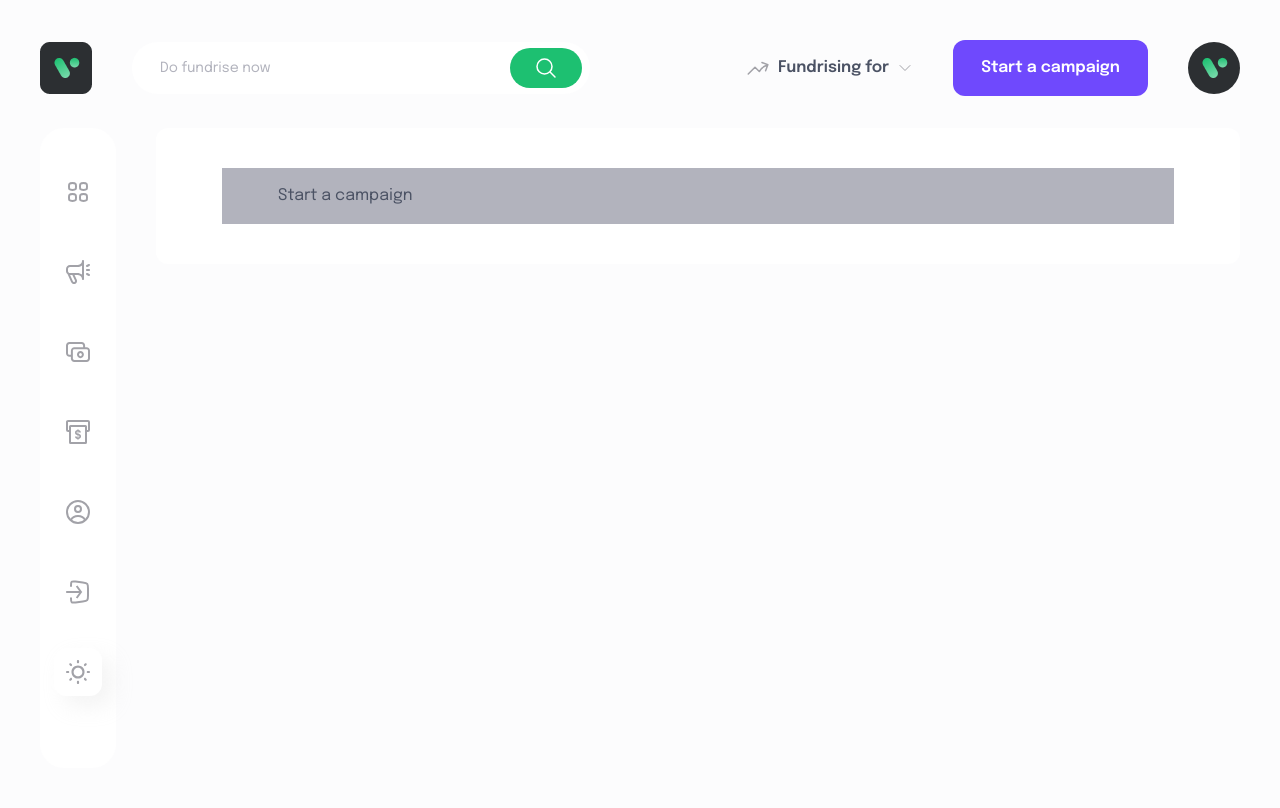
Repository: Kaymileee/crownFunding-Project
Page: /start-campaign
The author's editor kept a copy of each file at every save. The page is drawn from the files as they stood at one save, then again after the next save.
The browser window is 1280 px wide. The pictures show the whole page.
The project was rebuilt for these pictures with package versions that can differ from the ones it lists, and the page was loaded fresh each time. Also part of the build but not shown: src/components/icons/IconEyeToggle.js, src/components/icons/IconFolder.js. Imported but missing from the stored project, and not drawn on this page: src/components/common/FormGroup, src/components/input/Input.

Above is the page before, as saved 2023-02-05 20:26:06.

### public/index.html
<!DOCTYPE html>
<html lang="en">
  <head>
    <meta charset="utf-8" />
    <link rel="icon" href="%PUBLIC_URL%/favicon.ico" />
    <meta name="viewport" content="width=device-width, initial-scale=1" />
    <meta name="theme-color" content="#000000" />
    <meta
      name="description"
      content="Web site created using create-react-app"
    />
    <link rel="apple-touch-icon" href="%PUBLIC_URL%/logo192.png" />
    <!--
      manifest.json provides metadata used when your web app is installed on a
      user's mobile device or desktop. See https://developers.google.com/web/fundamentals/web-app-manifest/
    -->
    <link rel="manifest" href="%PUBLIC_URL%/manifest.json" />
    <!--
      Notice the use of %PUBLIC_URL% in the tags above.
      It will be replaced with the URL of the `public` folder during the build.
      Only files inside the `public` folder can be referenced from the HTML.

      Unlike "/favicon.ico" or "favicon.ico", "%PUBLIC_URL%/favicon.ico" will
      work correctly both with client-side routing and a non-root public URL.
      Learn how to configure a non-root public URL by running `npm run build`.
    -->
    <link rel="preconnect" href="https://fonts.googleapis.com" />
    <link rel="preconnect" href="https://fonts.gstatic.com" crossorigin />
    <link
      href="https://fonts.googleapis.com/css2?family=Epilogue:wght@400;500;600;700&display=swap"
      rel="stylesheet"
    />
    <title>Crowfunding App</title>
  </head>
  <body>
    <noscript>You need to enable JavaScript to run this app.</noscript>
    <div id="root"></div>
    <!--
      This HTML file is a template.
      If you open it directly in the browser, you will see an empty page.

      You can add webfonts, meta tags, or analytics to this file.
      The build step will place the bundled scripts into the <body> tag.

      To begin the development, run `npm start` or `yarn start`.
      To create a production bundle, use `npm run build` or `yarn build`.
    -->
  </body>
</html>

### src/index.js
import React from "react";
import { createRoot } from "react-dom/client";
import App from "./App";
import reportWebVitals from "./reportWebVitals";
import "./index.scss";
import { Provider } from "react-redux";
import { store } from "./store/configureStore";
import { BrowserRouter } from "react-router-dom";
const container = document.getElementById("root");
const root = createRoot(container);

root.render(
  <Provider store={store}>
    <BrowserRouter>
      <App />
    </BrowserRouter>
  </Provider>
);

// If you want to start measuring performance in your app, pass a function
// to log results (for example: reportWebVitals(console.log))
// or send to an analytics endpoint. Learn more: https://bit.ly/CRA-vitals
reportWebVitals();

### src/App.js
import React, { lazy } from "react";
import { Suspense } from "react";
import { Route, Routes } from "react-router-dom";
const SignUpPage = lazy(() => import("./pages/SignUpPage.js"));
const SignInPage = lazy(() => import("./pages/SignInPage"));
const DashboardPage = lazy(() => import("./pages/DashboardPage"));
const CampaignPage = lazy(() => import("./pages/CampaignPage"));
const StartCampaignPage = lazy(() => import("./pages/StartCampaignPage"));

function App() {
  return (
    <Suspense>
      <Routes>
        <Route path="/" element={<DashboardPage></DashboardPage>}></Route>
        <Route path="/sign-up" element={<SignUpPage></SignUpPage>}></Route>
        <Route path="/sign-in" element={<SignInPage></SignInPage>}></Route>

        <Route path="/campaign" element={<CampaignPage></CampaignPage>}></Route>
        <Route
          path="/start-campaign"
          element={<StartCampaignPage></StartCampaignPage>}
        ></Route>
      </Routes>
    </Suspense>
  );
}

export default App;

### src/index.scss
@tailwind base;
@tailwind components;
@tailwind utilities;
@layer base {
  body {
    @apply text-base font-primary font-normal mx-auto;
    text-rendering: optimizeLegibility;
    -webkit-font-smoothing: antialiased;
    -moz-osx-font-smoothing: grayscale;
    max-width: 1440px;
  }
  input {
    @apply outline-none;
  }
}
input:focus + .error-input {
  display: none;
}

### src/store/configureStore.js
import { configureStore } from "@reduxjs/toolkit";
import createSagaMiddleware from "@redux-saga/core";
import logger from "redux-logger";
const sagaMiddleware = createSagaMiddleware();

export const store = configureStore({
  reducer: {},
  middleware: (gDM) => gDM().concat(logger, sagaMiddleware),
});
// sagaMiddleware.run(rootSaga);

### src/pages/StartCampaignPage.js
import React from "react";
import LayoutDashboard from "../layouts/LayoutDashboard";
import CampAddNew from "../module/campaign/CampAddNew";

const StartCampaignPage = () => {
  return (
    <LayoutDashboard>
      <CampAddNew></CampAddNew>
    </LayoutDashboard>
  );
};

export default StartCampaignPage;

### src/layouts/LayoutDashboard.js
import React from "react";
import Overplay from "../components/common/Overplay";
import DashboardSideBar from "../module/dashboard/DashboardSideBar";
import DashboardTopBar from "../module/dashboard/DashboardTopBar";

const LayoutDashboard = ({ children }) => {
  return (
    <div className="p-10 bg-[#FCFCFD]  min-h-screen relative">
      {/* <div className="absolute inset-0 z-40 bg-black overplay bg-opacity-30"></div> */}
      <Overplay></Overplay>
      <DashboardTopBar></DashboardTopBar>
      <div className="flex items-start gap-x-10">
        <DashboardSideBar></DashboardSideBar>
        <div className="flex-1">{children}</div>
      </div>
    </div>
  );
};

export default LayoutDashboard;

### src/components/button/Button.js
import React from "react";
import PropTypes from "prop-types";
import { Link } from "react-router-dom";
const Button = ({
  type = "button",
  children,
  className = "",
  isLoading = false,
  kind = "",
  ...rest
}) => {
  const child = !!isLoading ? (
    <div className="w-8 h-8 border-4 rounded-full border-t-transparent animate-spin border-b-transparent"></div>
  ) : (
    children
  );
  let defaultClassName =
    "py-4 text-base font-semibold rounded-xl  flex justify-center items-center  min-h-[56px]";
  switch (kind) {
    case "primary":
      defaultClassName = defaultClassName + " bg-primary text-white";
      break;
    case "secondary":
      defaultClassName = defaultClassName + " bg-secondary text-white";
      break;
    case "ghost":
      defaultClassName =
        defaultClassName + " bg-secondary bg-opacity-10 text-secondary";
      break;
    default:
      break;
  }
  if (rest.href) {
    return (
      <Link to={rest.href} className={`${defaultClassName} ${className}`}>
        {children}
      </Link>
    );
  }

  return (
    <button
      className={` ${defaultClassName}${
        !!isLoading ? "opacity-50 pointer-events-none" : ""
      } ${className}`}
      type={type}
      {...rest}
    >
      {child}
    </button>
  );
};
Button.propTypes = {
  type: PropTypes.string,
  children: PropTypes.node,
  className: PropTypes.string,
  isLoading: PropTypes.bool,
  href: PropTypes.string,
  kind: PropTypes.oneOf(["primary", "secondary", "ghost"]),
};
export default Button;

### src/module/campaign/CampAddNew.js
import React from "react";

const CampAddNew = () => {
  return (
    <div className="bg-white rounded-xl py-10 px-[66px]">
      <h1 className="py-4 px-14 bg-text4 text-text2">Start a campaign</h1>
    </div>
  );
};

export default CampAddNew;

### src/components/common/Overplay.js
import React from "react";

const Overplay = () => {
  return (
    <div className="fixed inset-0 z-40 invisible bg-black opacity-0 overplay bg-opacity-10"></div>
  );
};

export default Overplay;

### src/module/dashboard/DashboardSideBar.js
import React, { useEffect } from "react";
import { NavLink } from "react-router-dom";
import {
  IconCampaign,
  IconDashboard,
  IconLight,
  IconLogout,
  IconPayment,
  IconProfile,
  IconWithdraw,
} from "../../components/icons";

const sideBarLinks = [
  { icon: <IconDashboard></IconDashboard>, title: "Dashboard", url: "/" },
  { icon: <IconCampaign></IconCampaign>, title: "Campaign", url: "/campaign" },
  { icon: <IconPayment></IconPayment>, title: "Payment", url: "/payment" },
  { icon: <IconWithdraw></IconWithdraw>, title: "Withdraw", url: "/withdraw" },
  { icon: <IconProfile></IconProfile>, title: "Profile", url: "/profile" },
  {
    icon: <IconLogout></IconLogout>,
    title: "Logout",
    url: "/logout",
    onclick: () => {},
  },
  {
    icon: <IconLight></IconLight>,
    title: "Light/Dark",
    url: "/#",
    onclick: () => {},
  },
];
const DashboardSideBar = () => {
  const links = document.querySelectorAll("a");
  links.forEach((item) =>
    item.addEventListener("click", () => {
      links.forEach((item) => {
        item.classList.remove("active");
      });
      item.classList.add("active");
    })
  );
  const navLinksClass =
    " flex items-center gap-x-5 md:w-12 md:h-12 md:justify-center md:rounded-xl md:mb-8 mb-4   active:text-primary last:mt-auto last:bg-white last:shadow-sdPrimary ";
  return (
    <div className="w-full md:w-[76px] bg-white rounded-3xl shadow-[10px_10px_20px_rgba(218_213_213_0.15)] px-[14px] py-10 flex flex-col flex-shrink-0">
      {sideBarLinks.map((link) => (
        <NavLink
          to={link.url}
          key={link.title}
          className={({ isActive }) =>
            isActive
              ? `${navLinksClass} text-primary bg-primary bg-opacity-20`
              : `${navLinksClass} text-iconColor`
          }
        >
          <span className="">{link.icon}</span>
          <span className="md:hidden">{link.title}</span>
        </NavLink>
      ))}
    </div>
  );
};

export default DashboardSideBar;

### src/module/dashboard/DashboardTopBar.js
import React from "react";
import { Link } from "react-router-dom";
import Button from "../../components/button/Button";
import DashboardFun from "./DashboardFun";
import DashboardSearch from "./DashboardSearch";

const DashboardTopBar = () => {
  return (
    <div className="flex items-center justify-between mb-8">
      <div className="flex items-center flex-1 gap-x-10">
        <Link to={"/"}>
          <img src="./logo.png" alt="" />
        </Link>
        <div className=" max-w-[458px] w-full">
          <DashboardSearch></DashboardSearch>
        </div>
      </div>
      <div className="flex items-center justify-end flex-1 gap-x-10">
        <DashboardFun></DashboardFun>
        <Button
          className={" px-7 text-white"}
          kind="secondary"
          type="button"
          href="/start-campaign"
        >
          Start a campaign
        </Button>
        <img src="./logo.png" alt="" className="rounded-full" />
      </div>
    </div>
  );
};

export default DashboardTopBar;

### src/components/icons/index.js
export const { default: IconEyeToggle } = require("./IconEyeToggle");
export const { default: IconDashboard } = require("./IconDashboard");
export const { default: IconCampaign } = require("./IconCampaign");
export const { default: IconPayment } = require("./IconPayment");
export const { default: IconWithdraw } = require("./IconWithdraw");
export const { default: IconProfile } = require("./IconProfile");
export const { default: IconLogout } = require("./IconLogout");
export const { default: IconLight } = require("./IconLight");
export const { default: IconFolder } = require("./IconFolder");

### src/module/dashboard/DashboardFun.js
import React from "react";

const DashboardFun = () => {
  return (
    <div className="flex items-center gap-x-2 text-iconColor ">
      <svg
        xmlns="http://www.w3.org/2000/svg"
        fill="none"
        viewBox="0 0 24 24"
        strokeWidth="1.5"
        stroke="currentColor"
        className="w-6 h-6 cursor-pointer"
      >
        <path
          strokeLinecap="round"
          strokeLinejoin="round"
          d="M2.25 18L9 11.25l4.306 4.307a11.95 11.95 0 015.814-5.519l2.74-1.22m0 0l-5.94-2.28m5.94 2.28l-2.28 5.941"
        />
      </svg>
      <span className="text-base font-semibold cursor-pointer text-text2">
        Fundrising for
      </span>
      <span className="w-4">
        <svg
          xmlns="http://www.w3.org/2000/svg"
          fill="none"
          viewBox="0 0 24 24"
          strokeWidth="1.5"
          stroke="currentColor"
          className="w-6 w-full h-6"
        >
          <path
            strokeLinecap="round"
            strokeLinejoin="round"
            d="M19.5 8.25l-7.5 7.5-7.5-7.5"
          />
        </svg>
      </span>
    </div>
  );
};

export default DashboardFun;

### src/components/icons/IconDashboard.js
import React from "react";

const IconDashboard = () => {
  return (
    <svg
      width={24}
      height={24}
      viewBox="0 0 24 24"
      fill="none"
      xmlns="http://www.w3.org/2000/svg"
    >
      <path
        fillRule="evenodd"
        clipRule="evenodd"
        d="M3 6.5C3 3.87479 3.02811 3 6.5 3C9.97189 3 10 3.87479 10 6.5C10 9.12521 10.0111 10 6.5 10C2.98893 10 3 9.12521 3 6.5Z"
        stroke="currentColor"
        strokeWidth={2}
        strokeLinecap="round"
        strokeLinejoin="round"
      />
      <path
        fillRule="evenodd"
        clipRule="evenodd"
        d="M14 6.5C14 3.87479 14.0281 3 17.5 3C20.9719 3 21 3.87479 21 6.5C21 9.12521 21.0111 10 17.5 10C13.9889 10 14 9.12521 14 6.5Z"
        stroke="currentColor"
        strokeWidth={2}
        strokeLinecap="round"
        strokeLinejoin="round"
      />
      <path
        fillRule="evenodd"
        clipRule="evenodd"
        d="M3 17.5C3 14.8748 3.02811 14 6.5 14C9.97189 14 10 14.8748 10 17.5C10 20.1252 10.0111 21 6.5 21C2.98893 21 3 20.1252 3 17.5Z"
        stroke="currentColor"
        strokeWidth={2}
        strokeLinecap="round"
        strokeLinejoin="round"
      />
      <path
        fillRule="evenodd"
        clipRule="evenodd"
        d="M14 17.5C14 14.8748 14.0281 14 17.5 14C20.9719 14 21 14.8748 21 17.5C21 20.1252 21.0111 21 17.5 21C13.9889 21 14 20.1252 14 17.5Z"
        stroke="currentColor"
        strokeWidth={2}
        strokeLinecap="round"
        strokeLinejoin="round"
      />
    </svg>
  );
};

export default IconDashboard;

### src/components/icons/IconPayment.js
import React from "react";

const IconPayment = () => {
  return (
    <svg
      width={24}
      height={24}
      viewBox="0 0 24 24"
      fill="none"
      xmlns="http://www.w3.org/2000/svg"
    >
      <path
        d="M18.1111 8.14286V5.57143C18.1111 4.88944 17.8536 4.23539 17.3951 3.75315C16.9367 3.27092 16.315 3 15.6667 3H3.44444C2.79614 3 2.17438 3.27092 1.71596 3.75315C1.25754 4.23539 1 4.88944 1 5.57143V13.2857C1 13.9677 1.25754 14.6218 1.71596 15.104C2.17438 15.5862 2.79614 15.8571 3.44444 15.8571H5.88889M8.33333 21H20.5556C21.2039 21 21.8256 20.7291 22.284 20.2468C22.7425 19.7646 23 19.1106 23 18.4286V10.7143C23 10.0323 22.7425 9.37825 22.284 8.89601C21.8256 8.41377 21.2039 8.14286 20.5556 8.14286H8.33333C7.68503 8.14286 7.06327 8.41377 6.60485 8.89601C6.14643 9.37825 5.88889 10.0323 5.88889 10.7143V18.4286C5.88889 19.1106 6.14643 19.7646 6.60485 20.2468C7.06327 20.7291 7.68503 21 8.33333 21ZM16.8889 14.5714C16.8889 15.2534 16.6313 15.9075 16.1729 16.3897C15.7145 16.8719 15.0928 17.1429 14.4444 17.1429C13.7961 17.1429 13.1744 16.8719 12.716 16.3897C12.2575 15.9075 12 15.2534 12 14.5714C12 13.8894 12.2575 13.2354 12.716 12.7532C13.1744 12.2709 13.7961 12 14.4444 12C15.0928 12 15.7145 12.2709 16.1729 12.7532C16.6313 13.2354 16.8889 13.8894 16.8889 14.5714Z"
        stroke="#A2A2A8"
        strokeWidth={2}
        strokeLinecap="round"
        strokeLinejoin="round"
      />
    </svg>
  );
};

export default IconPayment;

### src/components/icons/IconWithdraw.js
import React from "react";

const IconWithdraw = () => {
  return (
    <svg
      width={24}
      height={24}
      viewBox="0 0 24 24"
      fill="none"
      xmlns="http://www.w3.org/2000/svg"
    >
      <g clipPath="url(#clip0_2215_6128)">
        <path
          d="M4.46098 11H2.1C1.49249 11 1 10.5026 1 9.88889V2.11111C1 1.49746 1.49249 1 2.1 1H21.9C22.5075 1 23 1.49746 23 2.11111V9.88889C23 10.5026 22.5075 11 21.9 11H19.8207"
          stroke="#A2A2A8"
          strokeWidth={2}
        />
        <path
          d="M19.4286 6H4.57143C4.25583 6 4 6.24551 4 6.54839V22.4516C4 22.7545 4.25583 23 4.57143 23H19.4286C19.7442 23 20 22.7545 20 22.4516V6.54839C20 6.24551 19.7442 6 19.4286 6Z"
          stroke="#A2A2A8"
          strokeWidth={2}
        />
        <path
          d="M15 16.3794C15 16.8153 14.8949 17.2259 14.6848 17.6114C14.4825 17.9886 14.179 18.3029 13.7744 18.5543C13.3775 18.7973 12.9066 18.9398 12.3619 18.9817V20H11.6148V18.9691C10.8366 18.8937 10.2101 18.6423 9.73537 18.2149C9.2607 17.779 9.0156 17.1924 9 16.4549H10.751C10.7977 17.0583 11.0856 17.4229 11.6148 17.5486V15.1474C11.0545 14.9966 10.6031 14.8457 10.2607 14.6949C9.9183 14.544 9.62258 14.301 9.37358 13.9657C9.1245 13.6304 9 13.1737 9 12.5954C9 11.8663 9.24128 11.2713 9.72375 10.8103C10.214 10.3493 10.8443 10.0853 11.6148 10.0183V9H12.3619V10.0183C13.109 10.0853 13.7043 10.3284 14.1479 10.7474C14.5992 11.1665 14.8522 11.7447 14.9066 12.4823H13.144C13.1206 12.2393 13.0389 12.0297 12.8988 11.8537C12.7665 11.6693 12.5876 11.5394 12.3619 11.464V13.84C12.9455 13.9993 13.4047 14.1543 13.7393 14.3051C14.0817 14.4476 14.3774 14.6864 14.6264 15.0217C14.8755 15.3486 15 15.8011 15 16.3794ZM10.7043 12.5074C10.7043 12.784 10.7821 13.0103 10.9378 13.1863C11.0934 13.3539 11.3191 13.4922 11.6148 13.6011V11.4263C11.3346 11.4682 11.1128 11.5813 10.9494 11.7657C10.786 11.9501 10.7043 12.1973 10.7043 12.5074ZM12.3619 17.5737C12.6576 17.515 12.8872 17.3851 13.0506 17.184C13.2218 16.9829 13.3074 16.7398 13.3074 16.4549C13.3074 16.1783 13.2256 15.9562 13.0622 15.7886C12.8988 15.621 12.6654 15.4827 12.3619 15.3737V17.5737Z"
          fill="#A2A2A8"
        />
      </g>
      <defs>
        <clipPath id="clip0_2215_6128">
          <rect width={24} height={24} fill="white" />
        </clipPath>
      </defs>
    </svg>
  );
};

export default IconWithdraw;

### src/components/icons/IconProfile.js
import React from "react";

const IconProfile = () => {
  return (
    <svg
      width={24}
      height={24}
      viewBox="0 0 24 24"
      fill="none"
      xmlns="http://www.w3.org/2000/svg"
    >
      <circle
        cx={12}
        cy={9}
        r={3}
        stroke="#A2A2A8"
        strokeWidth={2}
        strokeLinecap="round"
      />
      <circle cx={12} cy={12} r={11} stroke="#A2A2A8" strokeWidth={2} />
      <path
        d="M19 20C18.5871 18.8525 17.6773 17.8384 16.4117 17.1152C15.146 16.392 13.5953 16 12 16C10.4047 16 8.85398 16.392 7.58835 17.1152C6.32271 17.8384 5.41289 18.8525 5 20"
        stroke="#A2A2A8"
        strokeWidth={2}
        strokeLinecap="round"
      />
    </svg>
  );
};

export default IconProfile;

### src/components/icons/IconLogout.js
import React from "react";

const IconLogout = () => {
  return (
    <svg
      width={24}
      height={24}
      viewBox="0 0 24 24"
      fill="none"
      xmlns="http://www.w3.org/2000/svg"
    >
      <path
        d="M5 6.64513V5.551C5 3.43076 5 2.37064 5.67965 1.77328C6.35931 1.17591 7.41066 1.31197 9.51337 1.58408L16.77 2.52318C19.2611 2.84556 20.5067 3.00675 21.2533 3.85626C22 4.70577 22 5.9617 22 8.47356V15.5264C22 18.0383 22 19.2942 21.2533 20.1437C20.5067 20.9933 19.2611 21.1544 16.77 21.4768L9.51337 22.4159C7.41066 22.688 6.35931 22.8241 5.67965 22.2267C5 21.6294 5 20.5692 5 18.449V17.5726"
        stroke="#A2A2A8"
        strokeWidth={2}
      />
      <path
        d="M15 12L15.8107 11.4145L16.2335 12L15.8107 12.5855L15 12ZM1 13C0.447715 13 0 12.5523 0 12C0 11.4477 0.447715 11 1 11V13ZM11.4773 5.41451L15.8107 11.4145L14.1893 12.5855L9.85599 6.58549L11.4773 5.41451ZM15.8107 12.5855L11.4773 18.5855L9.85599 17.4145L14.1893 11.4145L15.8107 12.5855ZM15 13H1V11H15V13Z"
        fill="#A2A2A8"
      />
    </svg>
  );
};

export default IconLogout;

### src/components/icons/IconLight.js
import React from "react";

const IconLight = () => {
  return (
    <svg
      width={24}
      height={24}
      viewBox="0 0 24 24"
      fill="none"
      xmlns="http://www.w3.org/2000/svg"
    >
      <path
        d="M12 18.5455C10.264 18.5455 8.59918 17.8558 7.37167 16.6283C6.14415 15.4008 5.45455 13.736 5.45455 12C5.45455 10.264 6.14415 8.59918 7.37167 7.37167C8.59918 6.14415 10.264 5.45455 12 5.45455C13.736 5.45455 15.4008 6.14415 16.6283 7.37167C17.8558 8.59918 18.5455 10.264 18.5455 12C18.5455 13.736 17.8558 15.4008 16.6283 16.6283C15.4008 17.8558 13.736 18.5455 12 18.5455ZM12 16.3636C13.1573 16.3636 14.2672 15.9039 15.0856 15.0856C15.9039 14.2672 16.3636 13.1573 16.3636 12C16.3636 10.8427 15.9039 9.73278 15.0856 8.91444C14.2672 8.0961 13.1573 7.63636 12 7.63636C10.8427 7.63636 9.73278 8.0961 8.91444 8.91444C8.0961 9.73278 7.63636 10.8427 7.63636 12C7.63636 13.1573 8.0961 14.2672 8.91444 15.0856C9.73278 15.9039 10.8427 16.3636 12 16.3636ZM10.9091 1.09091C10.9091 0.488417 11.3975 0 12 0C12.6025 0 13.0909 0.488417 13.0909 1.09091V2.18182C13.0909 2.78431 12.6025 3.27273 12 3.27273C11.3975 3.27273 10.9091 2.78431 10.9091 2.18182V1.09091ZM10.9091 21.8182C10.9091 21.2157 11.3975 20.7273 12 20.7273C12.6025 20.7273 13.0909 21.2157 13.0909 21.8182V22.9091C13.0909 23.5116 12.6025 24 12 24C11.3975 24 10.9091 23.5116 10.9091 22.9091V21.8182ZM3.51491 5.05745C3.08895 4.63149 3.08895 3.94087 3.51491 3.51491C3.94087 3.08895 4.63149 3.08895 5.05745 3.51491L5.82873 4.28618C6.25469 4.71214 6.25469 5.40277 5.82873 5.82873C5.40277 6.25469 4.71214 6.25469 4.28618 5.82873L3.51491 5.05745ZM18.1713 19.7138C17.7453 19.2879 17.7453 18.5972 18.1713 18.1713C18.5972 17.7453 19.2879 17.7453 19.7138 18.1713L20.4851 18.9425C20.9111 19.3685 20.9111 20.0591 20.4851 20.4851C20.0591 20.9111 19.3685 20.9111 18.9425 20.4851L18.1713 19.7138ZM18.9421 3.51464C19.3682 3.0883 20.0594 3.08834 20.4855 3.51473C20.9113 3.94083 20.9111 4.63141 20.4852 5.05736L19.7139 5.82864C19.2879 6.25465 18.5972 6.25465 18.1712 5.82864C17.7452 5.4027 17.7452 4.71213 18.171 4.28609L18.9421 3.51464ZM4.28618 18.1713C4.71214 17.7453 5.40277 17.7453 5.82873 18.1713C6.25469 18.5972 6.25469 19.2879 5.82873 19.7138L5.05746 20.4851C4.63149 20.9111 3.94087 20.9111 3.51491 20.4851C3.08895 20.0591 3.08895 19.3685 3.51491 18.9425L4.28618 18.1713ZM22.9091 10.9091C23.5116 10.9091 24 11.3975 24 12C24 12.6025 23.5116 13.0909 22.9091 13.0909H21.8182C21.2157 13.0909 20.7273 12.6025 20.7273 12C20.7273 11.3975 21.2157 10.9091 21.8182 10.9091H22.9091ZM2.18182 10.9091C2.78431 10.9091 3.27273 11.3975 3.27273 12C3.27273 12.6025 2.78431 13.0909 2.18182 13.0909H1.09091C0.488417 13.0909 0 12.6025 0 12C0 11.3975 0.488417 10.9091 1.09091 10.9091H2.18182Z"
        fill="#A2A2A8"
      />
    </svg>
  );
};

export default IconLight;

### tailwind.config.js
module.exports = {
  darkMode: "class",
  content: ["./src/**/*.{js,jsx,ts,tsx}"],
  theme: {
    extend: {
      fontFamily: {
        primary: ["Epilogue", "sans-serif;"],
      },
      colors: {
        primary: "#1DC071",
        secondary: "#6F49FD",
        text1: "#171725",
        text2: "#4B5264",
        text3: "#808191",
        text4: "#B2B3BD",

        iconColor: "#A2A2A8",
        white: "#FFFFFF",
        whiteSoft: "#FCFBFF",
        graySoft: "#FCFCFC",
        strockColor: "#F1F1F3",
        liteBg: "#FCFCFD",
        error: "#EB5757",

        darkBG: "#3A3A43",
        darkSecondary: "#1C1C24",
        softDark: "#22222C",
        darkSoft: "#24242C",
        darkStroke: "#3A3A43",
        darkRed: "#422C32",
      },
      boxShadow: {
        sdPrimary: "10px 10px 20px rgba(211, 211, 211, 0.25)",
        campI:
          "0px 2px 4px rgba(184, 184, 184, 0.03), 0px 6px 12px rgba(184, 184, 184, 0.02), 0px 12px 20px rgba(184, 184, 184, 0.03)",
      },
    },
  },
  plugins: [],
};

Loaded but not shown: src/reportWebVitals.js (common file); src/module/dashboard/DashboardSearch.js (108 lines, source omitted); src/components/icons/IconCampaign.js (27 lines, source omitted)

After the next save:
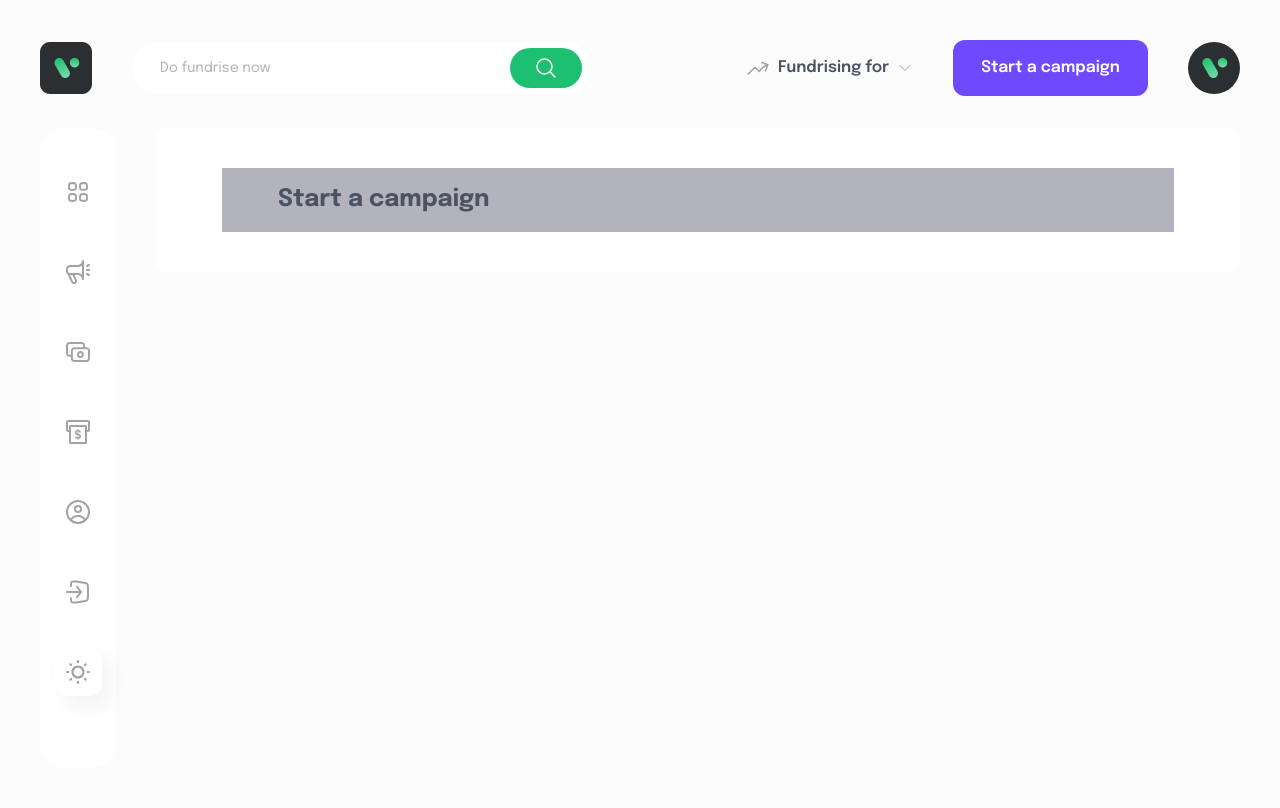
Saved 32 s later.
--- a/src/module/campaign/CampAddNew.js
+++ b/src/module/campaign/CampAddNew.js
@@ -3,7 +3,9 @@ import React from "react";
 const CampAddNew = () => {
   return (
     <div className="bg-white rounded-xl py-10 px-[66px]">
-      <h1 className="py-4 px-14 bg-text4 text-text2">Start a campaign</h1>
+      <h1 className="py-4 text-2xl font-bold px-14 bg-text4 text-text2">
+        Start a campaign
+      </h1>
     </div>
   );
 };
